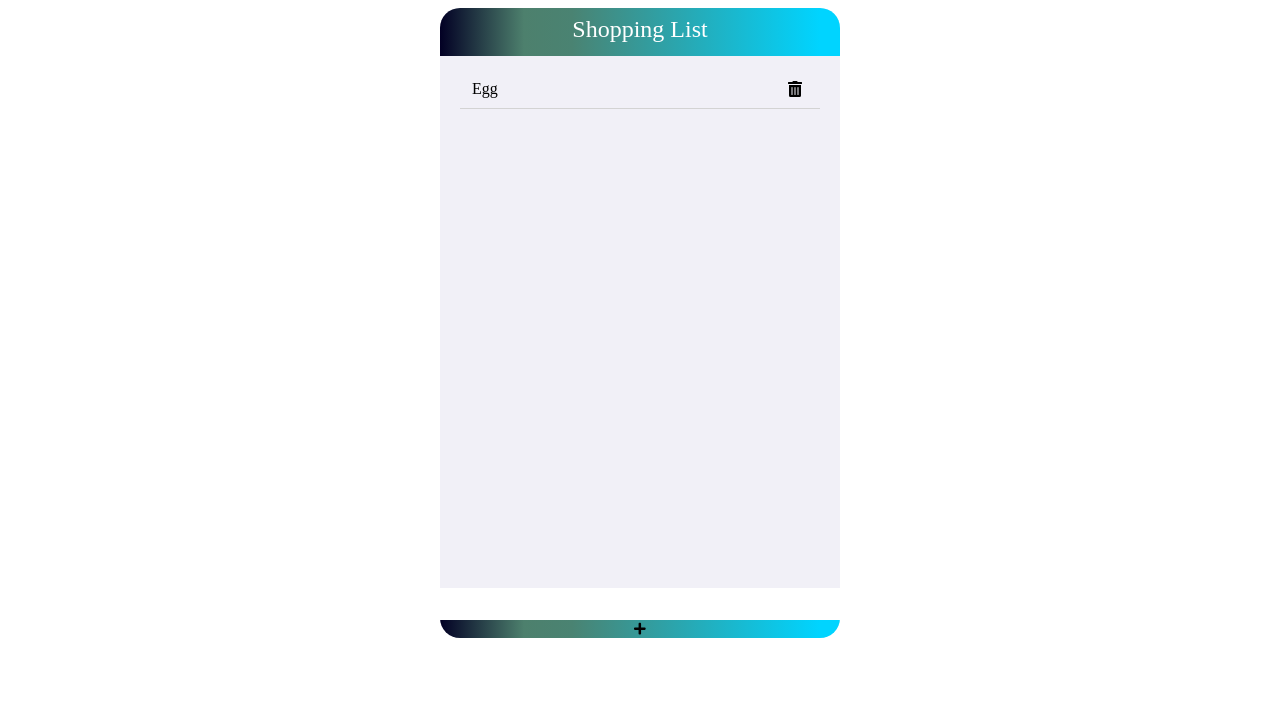
Repository: woojinShim/Browser-Study
Page: shopping/index.html
An editor plug-in stored every save of this project. The page is shown before and after the next save, followed by the edit.
The browser window is 1280 px wide. The pictures show the whole page.

Above is the page before, as saved 2022-02-06 21:16:27.

After the next save:
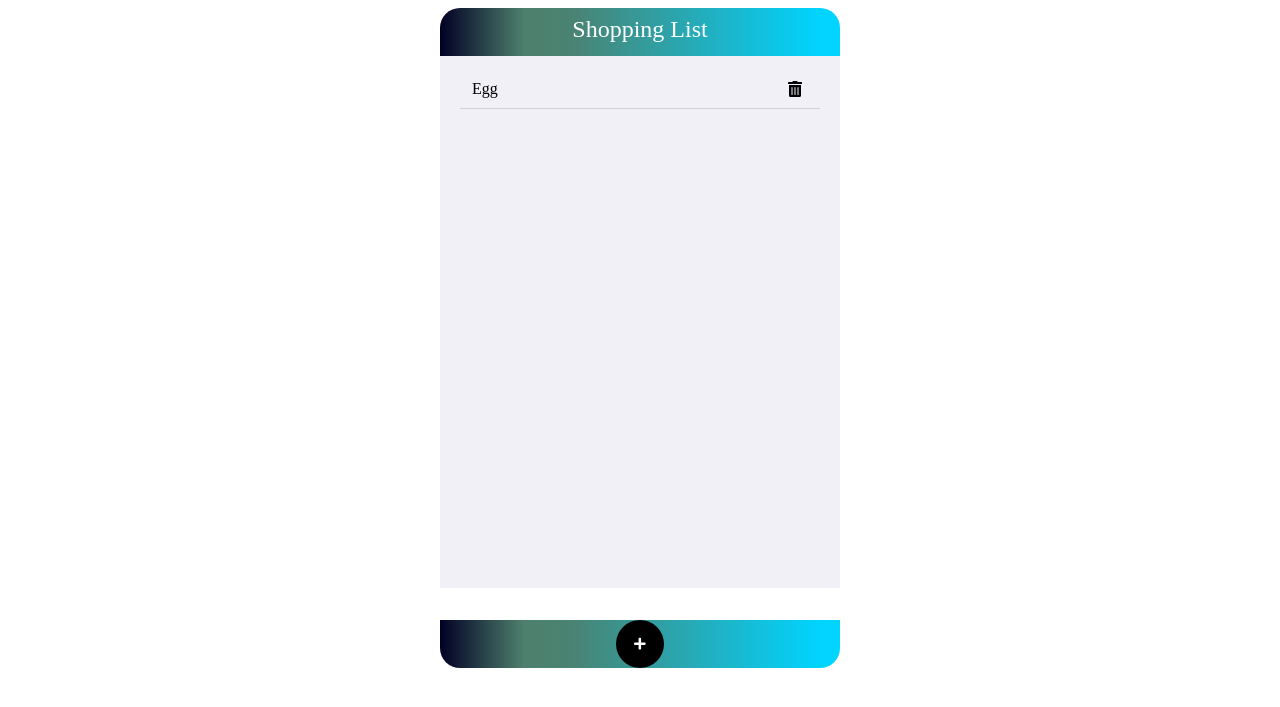
Saved 61 s later.
--- a/shopping/style.css
+++ b/shopping/style.css
@@ -89,3 +89,11 @@ body {
   font-size: 24px;
   padding: 0 16px;
 }
+
+.footer__button {
+  width: 48px;
+  height: 48px;
+  background-color: black;
+  border-radius: 50%;
+  color: white;
+}
